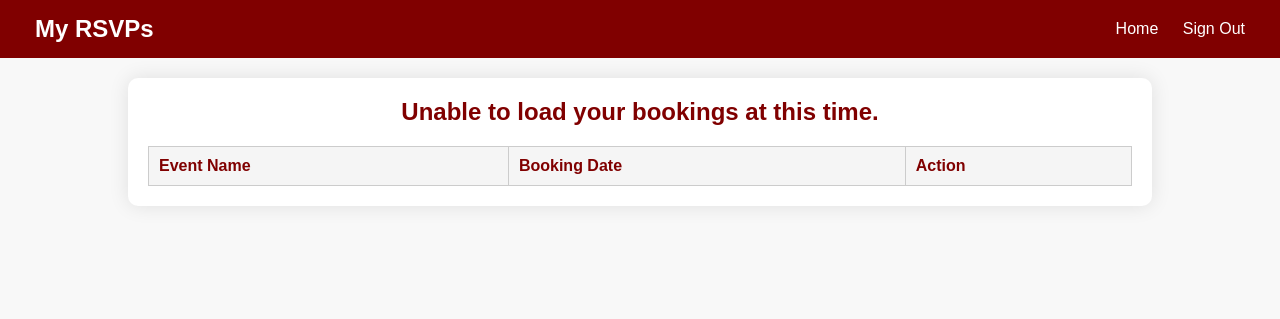
Repository: krypton-arch/CollegeEvent
Page: CollegeEvent/src/main/webapp/my_rsvps.html
The author's editor kept a copy of each file at every save. The page is drawn from the files as they stood at one save, then again after the next save.
The browser window is 1280 px wide. The pictures show the whole page.
The page's requests for data from a server got no answer.

Above is the page before, as saved 2024-10-30 13:07:05.

### CollegeEvent/src/main/webapp/my_rsvps.html
<!DOCTYPE html>
<html lang="en">
<head>
    <meta charset="UTF-8">
    <meta name="viewport" content="width=device-width, initial-scale=1.0">
    <link rel="stylesheet" href="styles3.css">
    <title>My RSVPs - College Event Management</title>
</head>
<body>
    <nav class="navbar">
        <h1>My RSVPs</h1>
        <div class="nav-links">
            <a href="home.html">Home</a>
            <a href="login.html">Sign Out</a>
        </div>
    </nav>

    <div class="container">
        <h2 id="greeting"></h2>
        <table id="rsvp-table">
            <thead>
                <tr>
                    <th>Event Name</th>
                    <th>Booking Date</th>
                    <th>Action</th>
                </tr>
            </thead>
            <tbody>
                <!-- RSVP bookings will be inserted here by JavaScript -->
            </tbody>
        </table>
        <p id="no-rsvps" style="display: none;">You currently have no RSVPs.</p>
    </div>

    <script>
        // Fetch RSVPs on page load
        window.onload = async function() {
            try {
                const response = await fetch('myRSVPs');
                const data = await response.json();

                // Display user's name in the greeting
                document.getElementById('greeting').innerText = `Hello, ${data.name}! Here are your bookings:`;

                // Access the table's tbody element
                const tbody = document.getElementById('rsvp-table').getElementsByTagName('tbody')[0];

                // Populate RSVPs if available, otherwise show no-RSVPs message
                if (data.bookings && data.bookings.length > 0) {
                    data.bookings.forEach(booking => {
                        const row = tbody.insertRow();
                        row.insertCell(0).innerText = booking.eventName; // Event Name cell
                        row.insertCell(1).innerText = booking.bookingDate; // Booking Date cell

                        // Add Cancel button with booking ID
                        const cancelCell = row.insertCell(2);
                        const cancelButton = document.createElement('button');
                        cancelButton.innerText = 'Cancel';
                        cancelButton.onclick = () => cancelBooking(booking.id, row);
                        cancelCell.appendChild(cancelButton);
                    });
                } else {
                    document.getElementById('no-rsvps').style.display = 'block';
                }
            } catch (error) {
                console.error('Error fetching RSVPs:', error);
                document.getElementById('greeting').innerText = 'Unable to load your bookings at this time.';
            }
        };

        async function cancelBooking(bookingId, row) {
            try {
                const response = await fetch('myRSVPs', {
                    method: 'POST',
                    headers: { 'Content-Type': 'application/x-www-form-urlencoded' },
                    body: `bookingId=${bookingId}`
                });
                const result = await response.json();

                // Handle response from the server for cancellation
                if (result.message === 'Booking cancelled successfully') {
                    row.remove(); // Remove the cancelled booking row from the table
                    // If there are no more bookings, show the no-RSVPs message
                    if (document.querySelectorAll('#rsvp-table tbody tr').length === 0) {
                        document.getElementById('no-rsvps').style.display = 'block';
                    }
                } else {
                    alert('Failed to cancel booking. Please try again.');
                }
            } catch (error) {
                console.error('Error cancelling booking:', error);
                alert('Error cancelling booking. Please try again.');
            }
        }
    </script>
</body>
</html>

### CollegeEvent/src/main/webapp/styles3.css
@charset "ISO-8859-1";

* {
    box-sizing: border-box;
    margin: 0;
    padding: 0;
}

body {
    font-family: Arial, sans-serif;
    background-color: #f8f8f8; /* Light cream background */
}

.navbar {
    display: flex;
    justify-content: space-between;
    align-items: center;
    background-color: maroon; /* Maroon navbar */
    color: white;
    padding: 15px;
}

.navbar h1 {
    margin-left: 20px;
}

.nav-links {
    margin-right: 20px;
}

.nav-links a {
    color: white;
    text-decoration: none;
    margin-left: 20px;
}

.nav-links a:hover {
    text-decoration: underline;
}

.container {
    padding: 20px;
    margin: 20px auto;
    width: 80%;
    background-color: #ffffff; /* White box */
    border-radius: 10px;
    box-shadow: 0 0 20px rgba(0, 0, 0, 0.1);
}

h2 {
    text-align: center;
    color: maroon;
    margin-bottom: 20px;
}

table {
    width: 100%;
    border-collapse: collapse;
}

th, td {
    border: 1px solid #ccc;
    padding: 10px;
    text-align: left;
}

th {
    background-color: #f5f5f5; /* Light cream header */
    color: maroon;
}

After the next save:
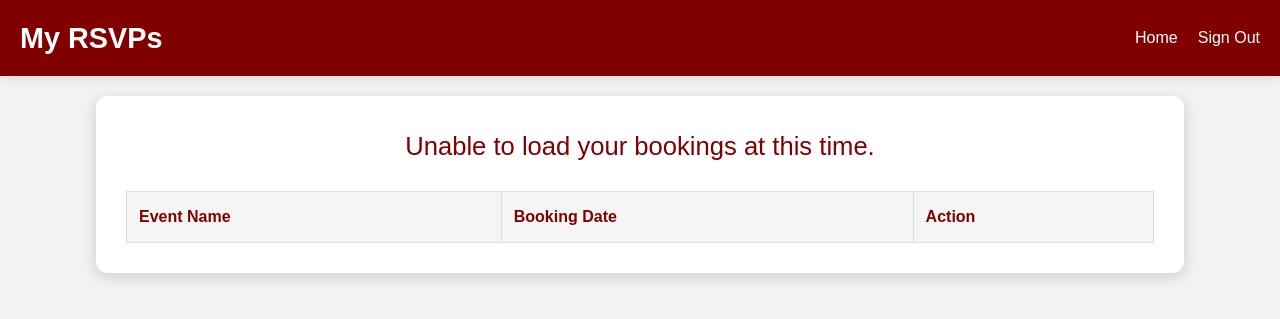
Saved 10 min 8 s later.
--- a/CollegeEvent/src/main/webapp/styles3.css
+++ b/CollegeEvent/src/main/webapp/styles3.css
@@ -8,63 +8,105 @@
 
 body {
     font-family: Arial, sans-serif;
-    background-color: #f8f8f8; /* Light cream background */
+    background-color: #f2f2f2; /* Soft gray background for contrast */
+    color: #333; /* Darker text for readability */
+    line-height: 1.6;
 }
 
 .navbar {
     display: flex;
     justify-content: space-between;
     align-items: center;
-    background-color: maroon; /* Maroon navbar */
+    background-color: maroon; /* Maroon background */
     color: white;
-    padding: 15px;
+    padding: 15px 20px;
+    box-shadow: 0 2px 10px rgba(0, 0, 0, 0.1);
 }
 
 .navbar h1 {
-    margin-left: 20px;
+    font-size: 1.8rem;
+    font-weight: bold;
 }
 
 .nav-links {
-    margin-right: 20px;
+    display: flex;
 }
 
 .nav-links a {
     color: white;
     text-decoration: none;
     margin-left: 20px;
+    font-size: 1rem;
+    transition: color 0.3s;
 }
 
 .nav-links a:hover {
-    text-decoration: underline;
+    color: #ffddc1; /* Light maroon for hover effect */
 }
 
 .container {
-    padding: 20px;
+    padding: 30px;
     margin: 20px auto;
-    width: 80%;
-    background-color: #ffffff; /* White box */
-    border-radius: 10px;
-    box-shadow: 0 0 20px rgba(0, 0, 0, 0.1);
+    width: 85%;
+    background-color: #ffffff;
+    border-radius: 12px;
+    box-shadow: 0 4px 15px rgba(0, 0, 0, 0.15);
 }
 
 h2 {
     text-align: center;
     color: maroon;
-    margin-bottom: 20px;
+    margin-bottom: 1.5rem;
+    font-size: 1.6rem;
+    font-weight: 500;
 }
 
 table {
     width: 100%;
     border-collapse: collapse;
+    margin-top: 1.5rem;
+    font-size: 1rem;
 }
 
 th, td {
-    border: 1px solid #ccc;
-    padding: 10px;
+    border: 1px solid #ddd;
+    padding: 12px;
     text-align: left;
+    transition: background-color 0.3s;
 }
 
 th {
-    background-color: #f5f5f5; /* Light cream header */
+    background-color: #f5f5f5;
     color: maroon;
+    font-weight: 600;
 }
+
+tr:nth-child(even) {
+    background-color: #f9f9f9;
+}
+
+td {
+    color: #555; /* Slightly lighter text for cells */
+}
+
+td button {
+    background-color: maroon;
+    color: white;
+    border: none;
+    padding: 8px 12px;
+    border-radius: 5px;
+    cursor: pointer;
+    font-size: 0.9rem;
+    transition: background-color 0.3s;
+}
+
+td button:hover {
+    background-color: #aa0033; /* Slightly lighter maroon */
+}
+
+#no-rsvps {
+    text-align: center;
+    font-size: 1.2rem;
+    color: #666;
+    margin-top: 1.5rem;
+}
